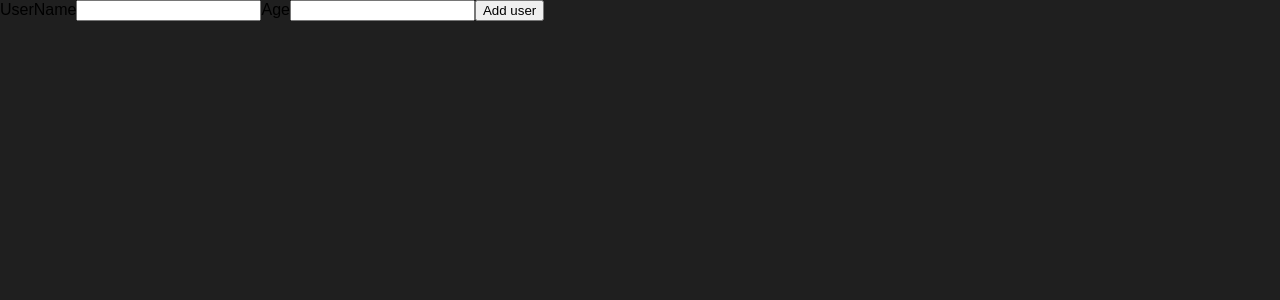
Repository: Wakkaba/08-Demo-proj
Page: /
The author's editor kept a copy of each file at every save. The page is drawn from the files as they stood at one save, then again after the next save.
The browser window is 1280 px wide. The pictures show the whole page.
The project was rebuilt for these pictures with package versions that can differ from the ones it lists, and the page was loaded fresh each time.

Above is the page before, as saved 2021-10-25 16:12:43.

### src/App.js
import React from 'react';
import {AdUser} from './components/Users/AddUser'

function App() {
  return (
    <div>
        <AdUser/>
    </div>
  );
}

export default App;

### src/components/Users/AddUser.js
import React from "react";
import {Card} from "../UI/Card"

export const AdUser = (props) => {
  const addUserHandler = (e) => {
    e.preventDefault();
  };

  return (
    <Card>
      <form onSubmit={addUserHandler}>
        <label htmlFor="username">UserName</label>
        <input id="username" type="text" />
        <label htmlFor="age">Age</label>
        <input id="age" type="number" />
        <button type="submit">Add user</button>
      </form>
    </Card>
  );
};

### src/components/UI/Card.js
import React from 'react'

export const Card = (props) => {
    return (
        <div>{props.children}</div>
    )
}

### src/components/UI/Card.css
.card {
    background: wheat;
    box-shadow: 0 2px 8px rgba(0, 0, 0, 0.26);
}

Loaded but not shown: public/index.html (common file); src/index.js (common file); src/index.css (common file)

After the next save:
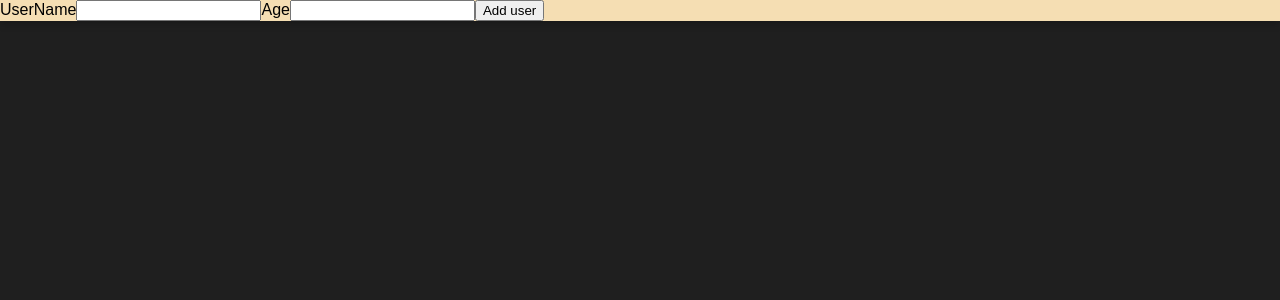
Saved 19 s later.
--- a/src/components/UI/Card.js
+++ b/src/components/UI/Card.js
@@ -1,7 +1,8 @@
 import React from 'react'
+import './Card.css'
 
 export const Card = (props) => {
     return (
-        <div>{props.children}</div>
+        <div className="card">{props.children}</div>
     )
 }
